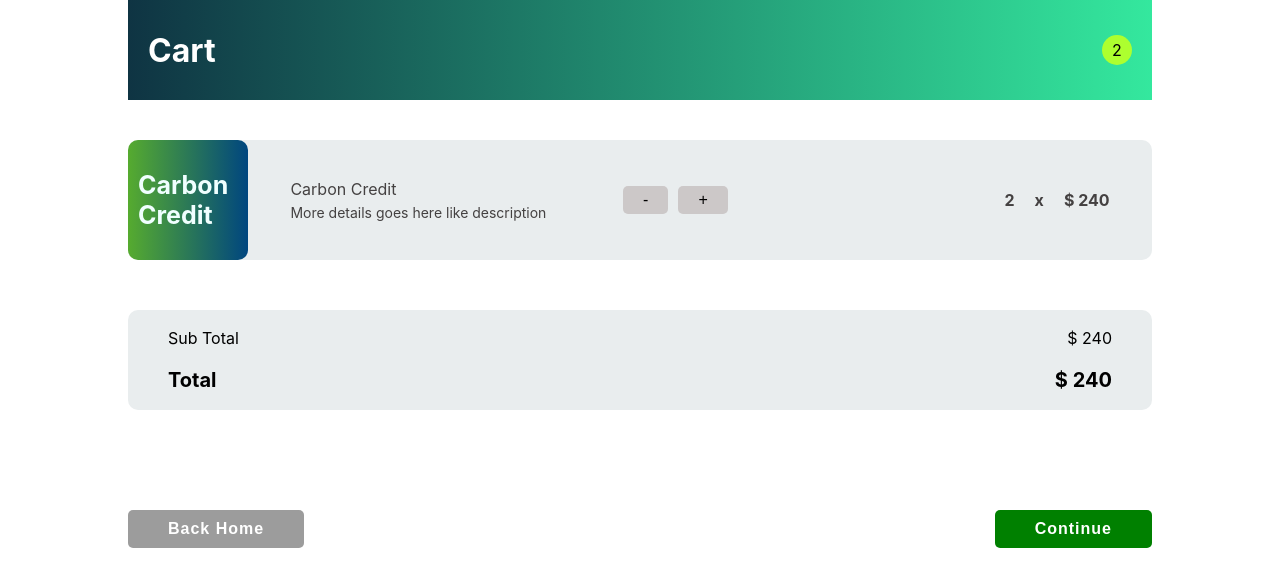
Repository: Yowani24/CarbonApp
Page: /cart
These files come from the project's save history. The page is drawn as it stood at one moment and after the next save; the edit follows.
The browser window is 1280 px wide. The pictures show the whole page.
The project was rebuilt for these pictures with package versions that can differ from the ones it lists, and the page was loaded fresh each time. The framework's server and built-in components were replaced by stand-ins that run in the browser. Also part of the build but not shown: next.config.js.

Above is the page before, as saved 2021-09-27 01:16:00.

After the next save:
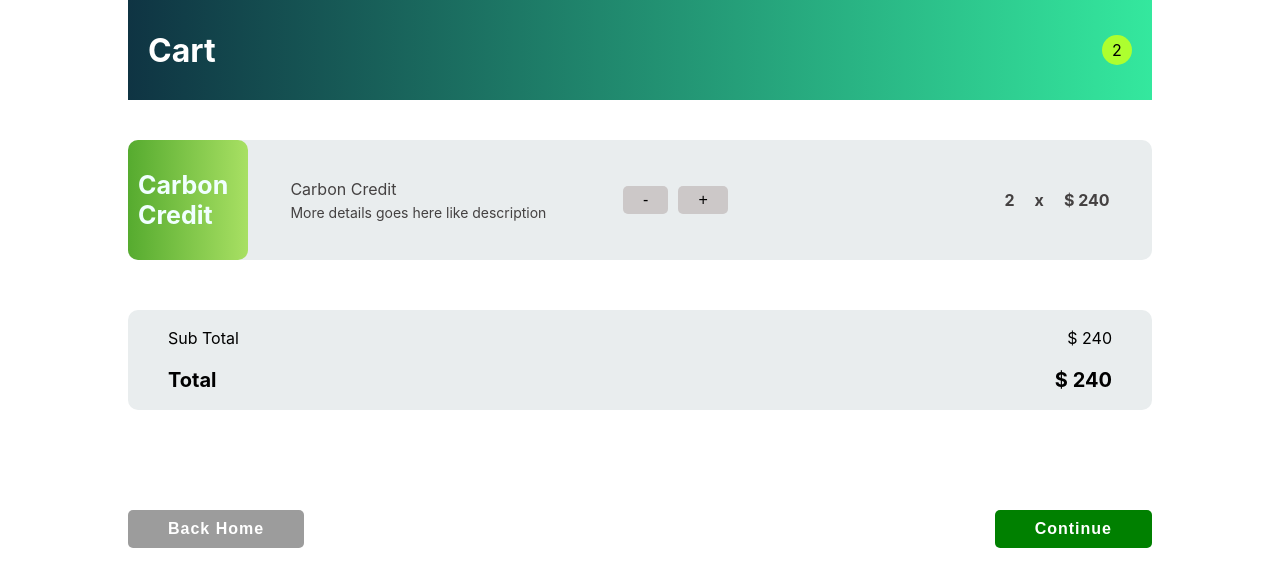
Saved 10 s later.
--- a/pages/cart/Cart.module.css
+++ b/pages/cart/Cart.module.css
@@ -61,7 +61,7 @@
 
     background: #00467F;  /* fallback for old browsers */
 background: -webkit-linear-gradient(to right, #56ab2f , #a8e063);  /* Chrome 10-25, Safari 5.1-6 */
-background: linear-gradient(to right, #56ab2f , #00467F); /* W3C, IE 10+/ Edge, Firefox 16+, Chrome 26+, Opera 12+, Safari 7+ */
+background: linear-gradient(to right, #56ab2f , #a8e063); /* W3C, IE 10+/ Edge, Firefox 16+, Chrome 26+, Opera 12+, Safari 7+ */
 
 
     display: flex;
